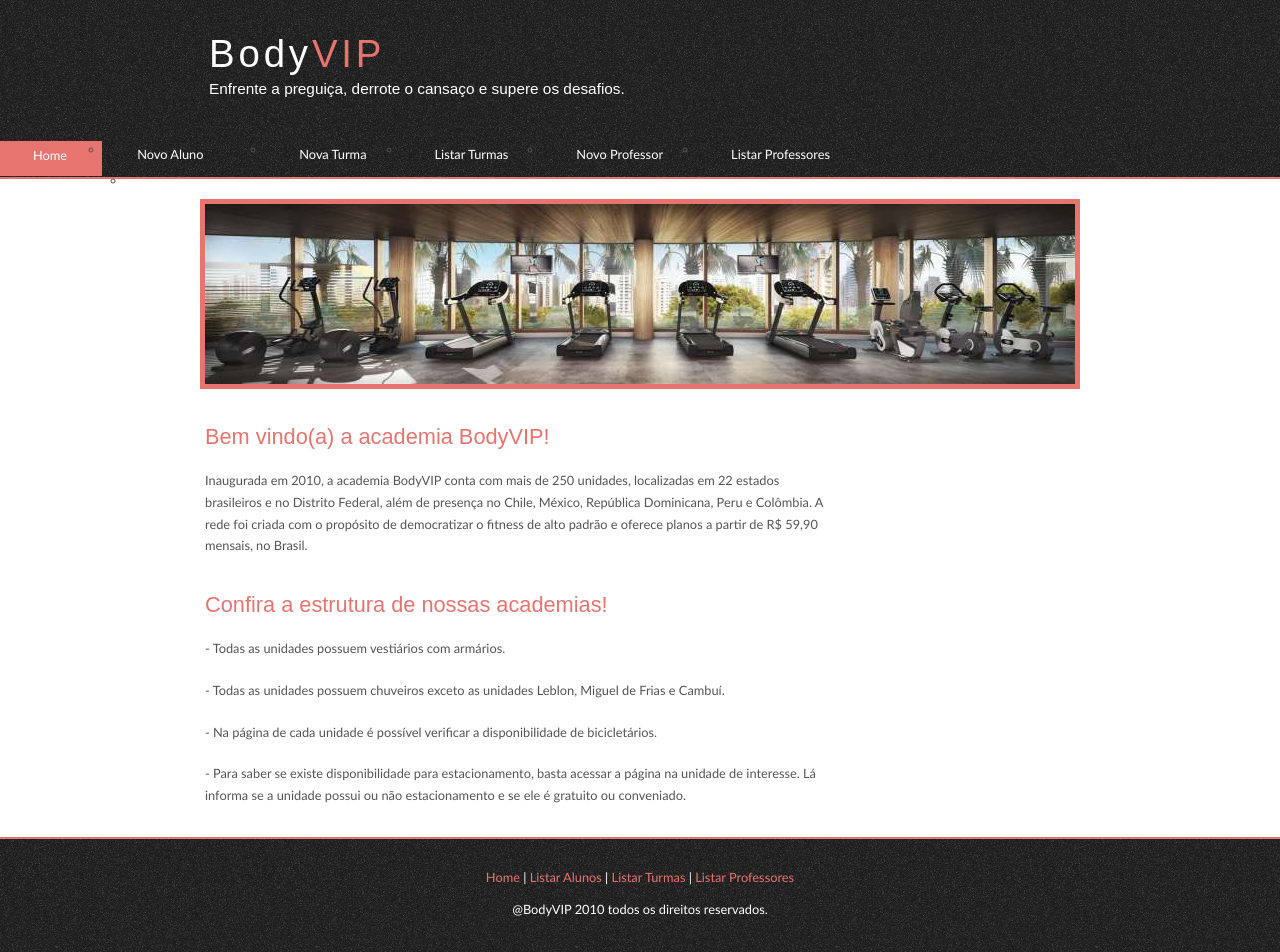
Repository: Thais-Ferreira/Projeto_bodyVIP
Page: http://localhost/BodyVIP/home.jsp
These files come from the project's save history. The page is drawn as it stood at one moment and after the next save; the edit follows.
The browser window is 1280 px wide. The pictures show the whole page.
The page is served by Tomcat 9. Other server files are loaded and not shown.

Above is the page before, as saved 2017-06-21 18:45:59.

### BodyVIP/WebContent/home.jsp
<%@ page language="java" contentType="text/html; charset=ISO-8859-1"
    pageEncoding="ISO-8859-1"%>
<!DOCTYPE html PUBLIC "-//W3C//DTD HTML 4.01 Transitional//EN" "http://www.w3.org/TR/html4/loose.dtd">
<html>
<head>
	<meta http-equiv="Content-Type" content="text/html; charset=ISO-8859-1">
	<link rel="stylesheet" type="text/css" href="css/style.css" />
	<title>Home</title>
</head>
<body>
	<div id="main">
    <div id="header">
      <div id="logo">
        <div id="logo_text">
          <h1><a href="home.jsp">Body<span class="logo_colour">VIP</span></a></h1>
          <h2>Enfrente a preguiça, derrote o cansaço e supere os desafios.</h2>
        </div>
      </div>
      <div id="menubar">
        <ul id="menu">
          <li class="selected"><a href="home.jsp">Home</a></li>
          <li><a href="AlunoController?acao=cadastro">Novo Aluno</a>
          <ul>
          	<li><a href="AlunoController?acao=buscaLista">Listar Alunos</a></li>
          </ul>
          </li>
          <li><a href="TurmaController?acao=cadastro">Nova Turma</a></li>
          <li><a href="TurmaController?acao=buscaLista">Listar Turmas</a></li>
          <li><a href="ProfessorController?acao=cadastro">Novo Professor</a></li>
          <li><a href="ProfessorController?acao=buscaLista">Listar Professores</a></li>
        </ul>
      </div>
    </div>
    <div id="content_header"></div>
    <div id="site_content">
      <div id="banner"></div>

      <div id="content">
        <h1>Bem vindo(a) a academia BodyVIP!</h1>
        <p>Inaugurada em 2010, a academia BodyVIP conta com mais de 250 unidades, localizadas em 22 estados brasileiros
        e no Distrito Federal, além de presença no Chile, México, República Dominicana, Peru e Colômbia.
        A rede foi criada com o propósito de democratizar o fitness de alto padrão e oferece planos
        a partir de R$ 59,90 mensais, no Brasil.
		</p>
        <h1>Confira a estrutura de nossas academias!</h1>
        <p>- Todas as unidades possuem vestiários com armários.</p>
        <p>- Todas as unidades possuem chuveiros exceto as unidades Leblon, Miguel de Frias e Cambuí.</p>
        <p>- Na página de cada unidade é possível verificar a disponibilidade de bicicletários. </p>
        <p>- Para saber se existe disponibilidade para estacionamento, basta acessar a página na unidade de
        interesse. Lá informa se a unidade possui ou não estacionamento e se ele é gratuito ou conveniado. </p>
      </div>
    </div>
    <div id="content_footer"></div>
    <div id="footer">
      <p><a href="home.jsp">Home</a> | <a href="AlunoController?acao=buscaLista">Listar Alunos</a> | <a href="TurmaController?acao=buscaLista">Listar Turmas</a> | <a href="ProfessorController?acao=buscaLista">Listar Professores</a></p>
      <p>@BodyVIP 2010 todos os direitos reservados.</p>
    </div>
  </div>
</body>
</html>

### BodyVIP/WebContent/css/style.css
@CHARSET "ISO-8859-1";

html
{ height: 100%;}

*
{ margin: 0;
  padding: 0;}

body
{ font: normal .80em 'trebuchet ms', arial, sans-serif;
  background: #FFF;
  color: #555;}

p
{ padding: 0 0 20px 0;
  line-height: 1.7em;}

img
{ border: 0;}

h1, h2, h3, h4, h5, h6
{ color: #E7746F;
  letter-spacing: 0em;
  padding: 0 0 5px 0;}

h1, h2, h3
{ font: normal 170% 'century gothic', arial;
  margin: 0 0 15px 0;
  padding: 15px 0 5px 0;}

h2
{ font-size: 160%;
  padding: 9px 0 5px 0;}

h3
{ font-size: 140%;
  padding: 5px 0 0 0;}

h4, h6
{ color: #009FBC;
  padding: 0 0 5px 0;
  font: normal 110% arial;
  text-transform: uppercase;}

h5, h6
{ color: #888;
  font: normal 95% arial;
  letter-spacing: normal;
  padding: 0 0 15px 0;}

a, a:hover
{ outline: none;
  text-decoration: underline;
  color: #009FBC;}

a:hover
{ text-decoration: none;}

blockquote
{ margin: 20px 0;
  padding: 10px 20px 0 20px;
  border: 1px solid #E5E5DB;
  background: #FFF;}

ul
{ margin: 2px 0 22px 17px;}

ul li
{ list-style-type: circle;
  margin: 0 0 6px 0;
  padding: 0 0 4px 5px;
  line-height: 1.5em;}

ol
{ margin: 8px 0 22px 20px;}

ol li
{ margin: 0 0 11px 0;}

.left
{ float: left;
  width: auto;
  margin-right: 10px;}

.right
{ float: right;
  width: auto;
  margin-left: 10px;}

.center
{ display: block;
  text-align: center;
  margin: 20px auto;}

#main, #logo, #menubar, #site_content, #footer
{ margin-left: auto;
  margin-right: auto;}

#header
{ background: #1d1d1d url(../imagens/pattern.png) repeat;
  border-bottom: 2px solid #E7746F;
  height: 177px;}

#banner
{ background: transparent url(../imagens/banner.jpg) no-repeat;
  width: 870px;
  height: 180px;
  margin-bottom: 20px;
  border: 5px solid #E7746F;}

#logo
{ width: 880px;
  position: relative;
  height: 140px;
  background: transparent;}

#logo #logo_text
{ position: absolute;
  top: 10px;
  left: 0;}

#logo h1, #logo h2
{ font: normal 300% 'century gothic', arial, sans-serif;
  border-bottom: 0;
  text-transform: none;
  margin: 0 0 0 9px;}

#logo_text h1, #logo_text h1 a, #logo_text h1 a:hover
{ padding: 22px 0 0 0;
  color: #FFF;
  letter-spacing: 0.1em;
  text-decoration: none;}

#logo_text h1 a .logo_colour
{ color: #E7746F;}

#logo_text a:hover .logo_colour
{ color: #FFF;}

#logo_text h2
{ font-size: 120%;
  padding: 4px 0 0 0;
  color: #FFF;}

#menubar
{ width: 880px;
  height: 46px;
  list-style:none;
  float:left; }

ul#menu
{ float: left;
  margin: 0; }

ul#menu li
{ position:relative;
float:left; }

ul#menu li a
{ font: normal 100% 'trebuchet ms', sans-serif;
  display: block;
  float: left;
  height: 20px;
  padding: 6px 35px 5px 28px;
  text-align: center;
  color: #FFF;
  text-decoration: none;
  background: transparent;}

ul#menu li.selected a
{ height: 20px;
  padding: 6px 35px 5px 28px;}

ul#menu li.selected
{ margin: 1px 2px 0 0;
  background: #E7746F;}

ul#menu li.selected a, ul#menu li.selected a:hover
{ background: #E7746F;
  color: #FFF;}

.menu li:hover ul, .menu li.over ul{display:block;}
ul#menu li a:hover
{ color: #FFF;
  display: block;
  background: #E7746F;}

#site_content
{ width: 880px;
  overflow: hidden;
  margin: 20px auto 0 auto;
  padding: 0 0 10px 0;}

#sidebar_container
{ float: right;
  width: 224px;}

.sidebar_top
{ width: 222px;
  height: 14px;
  background: transparent url(../imagens/side_top.png) no-repeat;}

.sidebar_base
{ width: 222px;
  height: 14px;
  background: url(../imagens/side_base.png) no-repeat;}

.sidebar
{ float: right;
  width: 222px;
  padding: 0;
  margin: 0 0 16px 0;}

.sidebar_item
{ background: url(../imagens/side_back.png) repeat-y;
  padding: 0 15px;
  width: 192px;}

.sidebar li a.selected
{ color: #444;}

.sidebar ul
{ margin: 0;}

#content
{ text-align: left;
  width: 620px;
  padding: 0 0 0 5px;
  float: left;}

#content ul
{ margin: 2px 0 22px 0px;}

#content ul li, .sidebar ul li
{ list-style-type: none;
  background: url(../imagens/bullet.png) no-repeat;
  margin: 0 0 0 0;
  padding: 0 0 4px 25px;
  line-height: 1.5em;}

#footer
{ width: 100%;
  font-family: 'trebuchet ms', sans-serif;
  font-size: 100%;
  height: 80px;
  padding: 28px 0 5px 0;
  text-align: center;
  background: transparent url(../imagens/pattern.png) repeat;
  border-top: 2px solid #E7746F;
  color: #FFF;}

#footer p
{ line-height: 1.7em;
  padding: 0 0 10px 0;}

#footer a
{ color: #E7746F;
  text-decoration: none;}

#footer a:hover
{ color: #FFF;
  text-decoration: none;}

.search
{ color: #5D5D5D;
  border: 1px solid #BBB;
  width: 134px;
  padding: 4px;
  font: 100% arial, sans-serif;}

.form_settings
{ margin: 15px 0 0 0;}

.form_settings p
{ padding: 0 0 4px 0;}

.form_settings span
{ float: left;
  width: 200px;
  text-align: left;}

.form_settings input, .form_settings textarea
{ padding: 5px;
  width: 299px;
  font: 100% arial;
  border: 1px solid #E5E5DB;
  background: #FFF;
  color: #47433F;}

.form_settings .submit
{ font: 100% arial;
  border: 0;
  width: 99px;
  margin: 0 0 0 212px;
  height: 33px;
  padding: 2px 0 3px 0;
  cursor: pointer;
  background: #E7746F;
  color: #FFF;}

.form_settings textarea, .form_settings select
{ font: 100% arial;
  width: 299px;}

.form_settings select
{ width: 310px;}

.form_settings .checkbox
{ margin: 4px 0;
  padding: 0;
  width: 14px;
  border: 0;
  background: none;}

.separator
{ width: 100%;
  height: 0;
  border-top: 1px solid #D9D5CF;
  border-bottom: 1px solid #FFF;
  margin: 0 0 20px 0;}

table
{ margin: 0 0 30px 0;}

table tr th, table tr td
{ background: #E5E5DB;
  color: #47433F;
  padding: 7px 4px;
  text-align: center;}

table tr td
{ background: #E5E5DB;
  color: #47433F;
  border-top: 1px solid #FFF;}

.menu{
list-style:none;
border:1px solid #c0c0c0;
float:left;
}

.menu li{
position:relative;
float:left;
border-right:1px solid #c0c0c0;
}

.menu li a{color:#333; text-decoration:none; padding:5px 10px; display:block;}

.menu li a:hover{
background:#333;
color:#fff;
-moz-box-shadow:0 3px 10px 0 #CCC;
-webkit-box-shadow:0 3px 10px 0 #ccc;
text-shadow:0px 0px 5px #fff;
}

.menu li  ul{
position:absolute;
top:25px;
left:0;
background-color:#fff;
display:none;
}

After the next save:
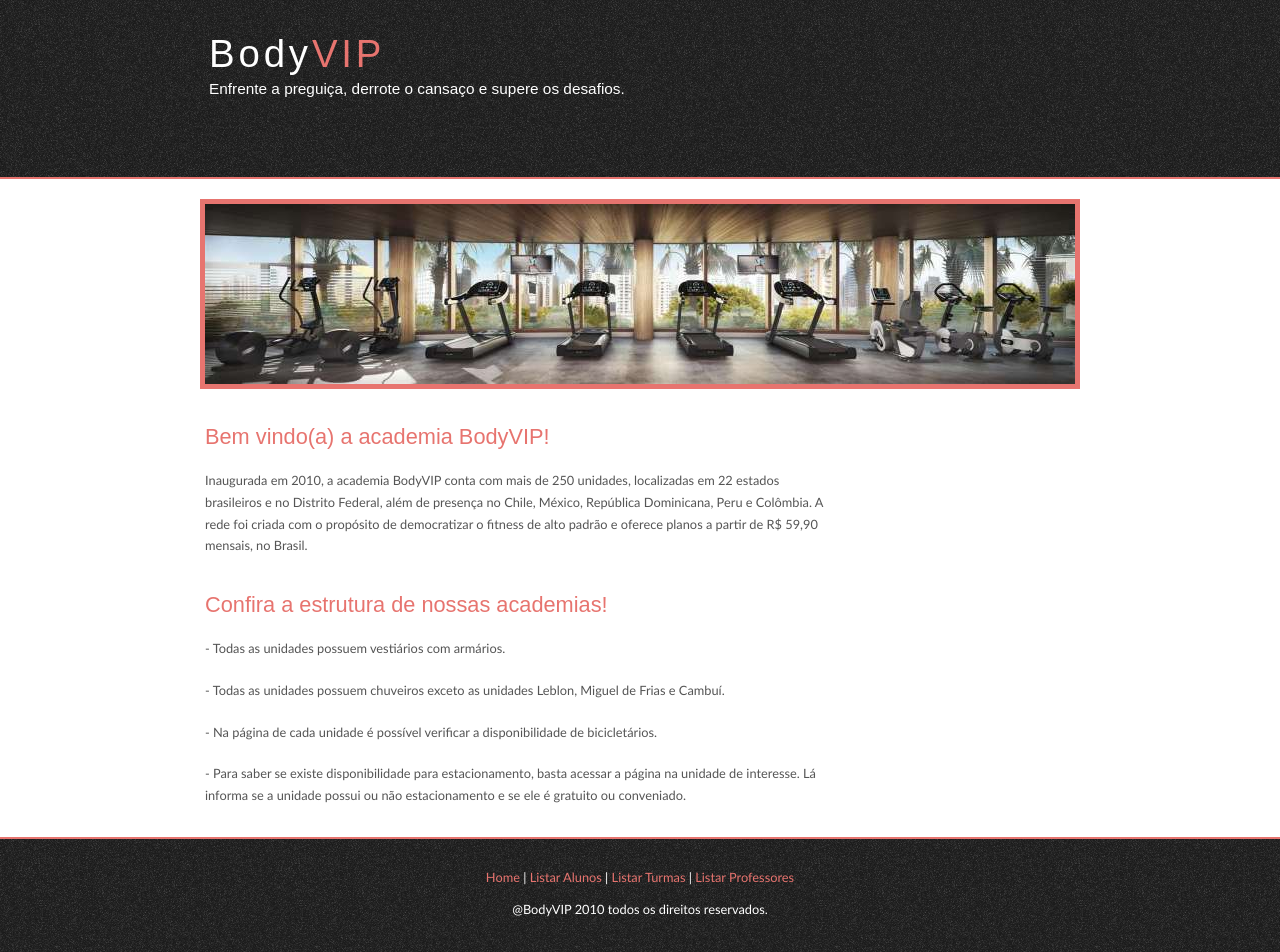
Saved 6 min 0 s later.
--- a/BodyVIP/WebContent/css/style.css
+++ b/BodyVIP/WebContent/css/style.css
@@ -154,8 +154,13 @@ ul#menu
   margin: 0; }
 
 ul#menu li
-{ position:relative;
-float:left; }
+{ float: left;
+  padding: 0 0 0 9px;
+  position: absolute;
+  list-style: none;
+  margin: 1px 2px 0 0;
+  background: transparent;
+  display: none; }
 
 ul#menu li a
 { font: normal 100% 'trebuchet ms', sans-serif;
@@ -180,7 +185,6 @@ ul#menu li.selected a, ul#menu li.selected a:hover
 { background: #E7746F;
   color: #FFF;}
 
-.menu li:hover ul, .menu li.over ul{display:block;}
 ul#menu li a:hover
 { color: #FFF;
   display: block;
